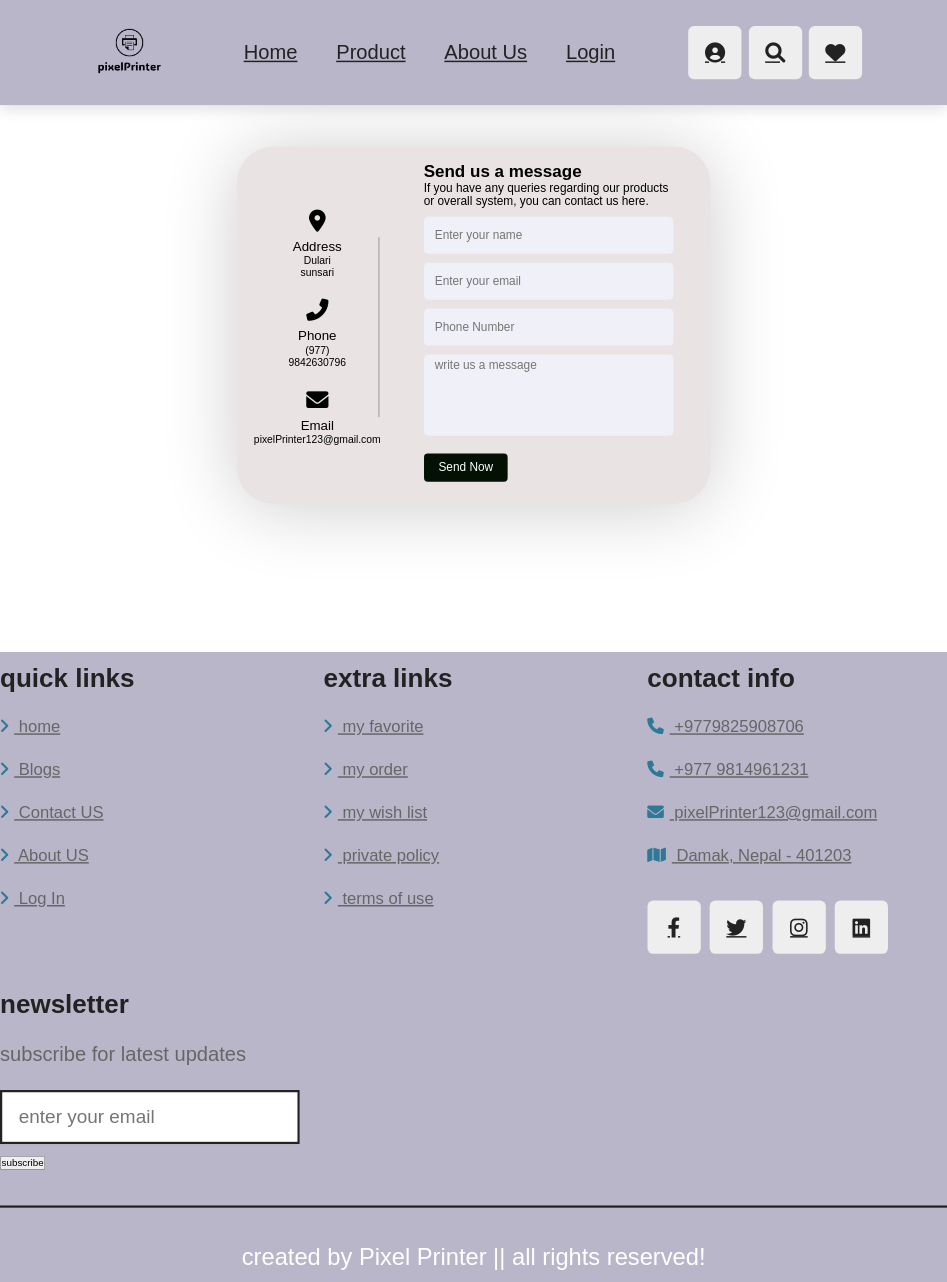
Repository: kritikakittu06/Ecommerce
Page: http://localhost/PixlePrinter/pages/Contact.jsp
The author's editor kept a copy of each file at every save. The page is drawn from the files as they stood at one save, then again after the next save.
The browser window is 1280 px wide. The pictures show the whole page, at 74% of full size.
The page is served by Tomcat 9.

Above is the page before, as saved 2024-04-15 10:05:34.

After the next save:
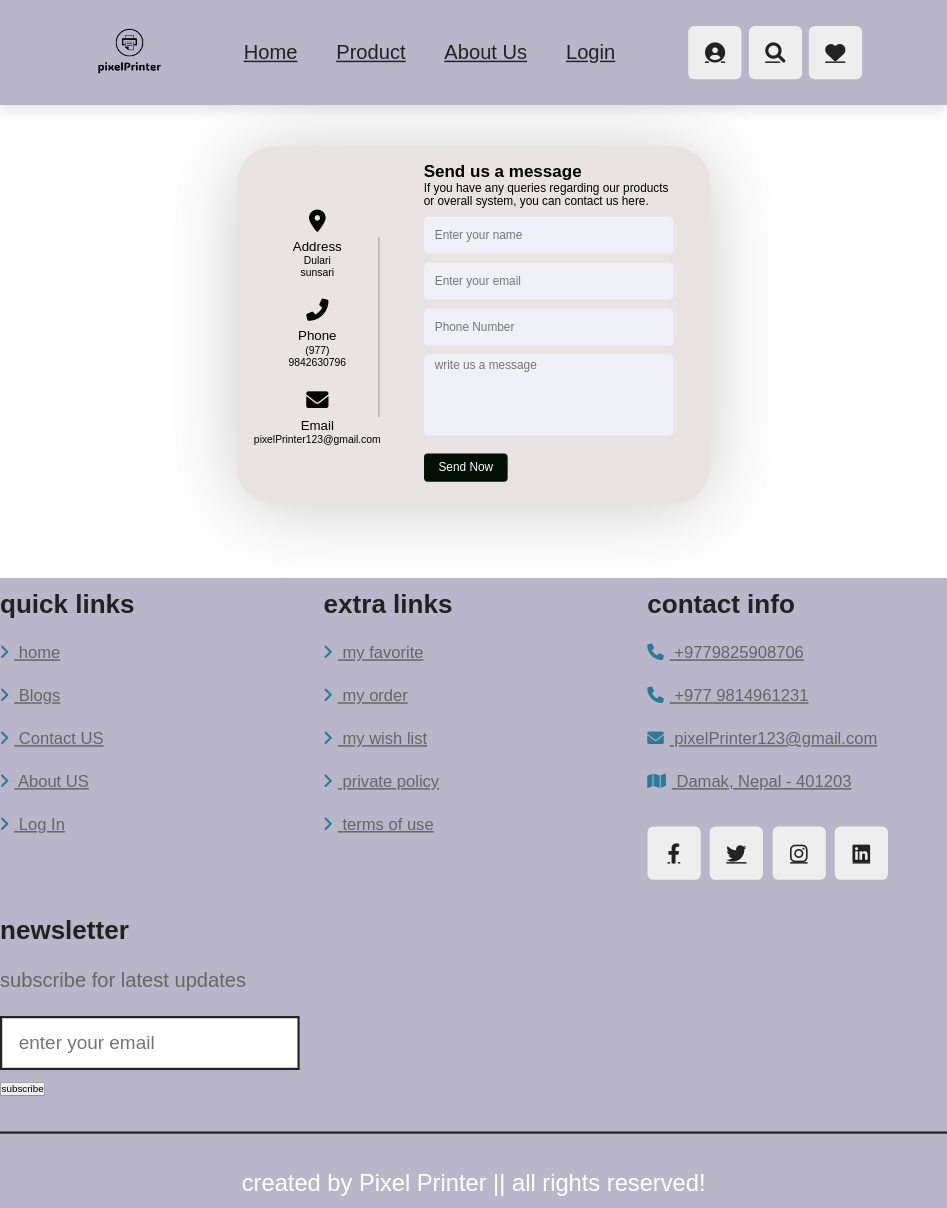
Saved 17 s later.
--- a/PixlePrinter/src/main/webapp/css/Contact.css
+++ b/PixlePrinter/src/main/webapp/css/Contact.css
@@ -207,7 +207,7 @@
 
 .footer{
     background:#b9b6ca;
-    margin-top: 200px;
+    margin-top: 100px;
 }
 
 .footer .box-container{
